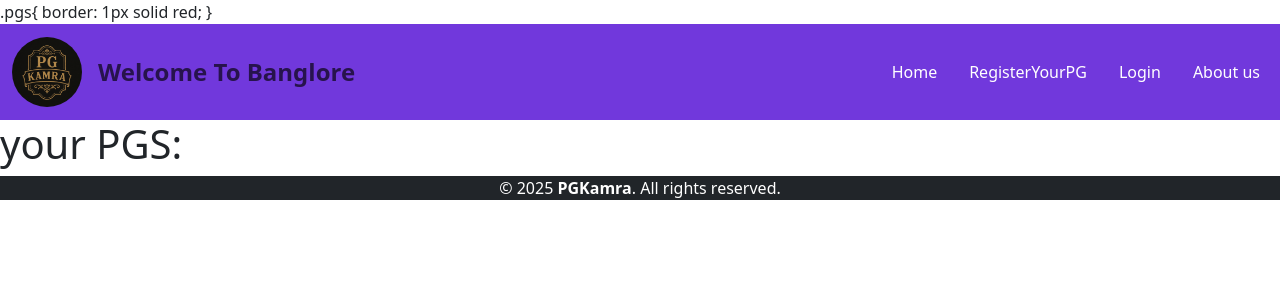
Repository: KUKATIDINESH/pgfinder
Page: mainapp/templates/pglist_for_modification.html
The author's editor kept a copy of each file at every save. The page is drawn from the files as they stood at one save, then again after a run of saves.
The browser window is 1280 px wide. The pictures show the whole page.
The page is served by the project's application, run on Django 5.2 (manage.py). Other server files are loaded and not shown. The template is opened directly, without the code that normally fills it, so the values that code supplies are empty.

Above is the page before, as saved 2025-07-08 12:05:17.

### PgFinder/mainapp/templates/pglist_for_modification.html
{% extends 'base.html' %}
{% block title %}HOME{% endblock %}

{% block extra_css %}
<style></style>

.pgs{
    border: 1px solid red;
}


{% endblock extra_css %}


{% block content %}
<h1>your PGS:</h1>
<div clss="pgs">
{% for pg in pgs %}


 <p><b>PGname</b>:{{pg.pgname}}</p>
    <p><b>PG owner name </b>:{{pg.ownername}}</p><br>

{% endfor %}
</div>
{% endblock content %}

{% block extra_js %}

 {% endblock extra_js %}

### PgFinder/mainapp/templates/base.html
{% load static %}
<!DOCTYPE html>
<html lang="en">
<head>
  <meta charset="UTF-8">
  <meta name="viewport" content="width=device-width, initial-scale=1.0">
  <title>{% block title %}PGFR{% endblock %}</title>
       <link href="https://cdn.jsdelivr.net/npm/bootstrap@5.3.3/dist/css/bootstrap.min.css" rel="stylesheet">
  {% block extra_css %}
  <style>
    body{
      height: 50vh;
    }
  </style>
  {% endblock extra_css %}
</head>
<body>


  {% include 'nav.html' %}


  {% block content %}


  {% endblock content %}
<footer class="bg-dark text-white" style="background-color: rgb(113, 56, 220);  ">
  <div class="container text-center">
    <p class="mb-0">&copy; 2025 <strong>PGKamra</strong>. All rights reserved.</p>
  </div>
</footer>
    <script src="https://cdn.jsdelivr.net/npm/bootstrap@5.3.3/dist/js/bootstrap.bundle.min.js"></script>
 {% block extra_js %}

 {% endblock extra_js %}
</body>
</html>

### PgFinder/mainapp/templates/nav.html
 {% load static %}
 <nav class="navbar navbar-expand-lg navbar-light  position-relative" style="background-color: rgb(113, 56, 220);">
        <div class="container-fluid">
            <!-- Left: Logo -->
            <a class="navbar-brand" href="#">
                <img src="{% static 'images/logo.jpg' %}" alt="Logo" height="70" width="70" style="border-radius: 50%;">
            </a>

            <!-- Center: Website Name -->
            <div class="navbar-center d-none d-lg-block">
                <span class="navbar-text fw-bold fs-4">Welcome To Banglore</span>
            </div>

            <!-- Right: Navigation links -->
            <div class="ms-auto">
                <ul class="navbar-nav d-flex flex-row gap-3">
                    <li class="nav-item">
                            <a class="nav-link text-white" href="{% url 'home' %}">Home</a>
                        </li>
                    <li class="nav-item">
                        <a class="nav-link text-white" href="{% url 'pgregister' %}">RegisterYourPG</a>
                    </li>
                    {% if user.is_authenticated %}
                        <li class="nav-item">
                            <a class="nav-link text-white" href="{% url 'logout' %}">Logout</a>
                        </li>
                    {% else %}
                        <li class="nav-item">
                            <a class="nav-link text-white" href="{% url 'login' %}">Login</a>
                        </li>
                    {% endif %}
                    <li class="nav-item">
                            <a class="nav-link text-white" href="{% url 'aboutus' %}">About  us</a>
                    </li>

                </ul>
            </div>
        </div>
    </nav>

### PgFinder/PgFinder/urls.py
"""
URL configuration for PgFinder project.

The `urlpatterns` list routes URLs to views. For more information please see:
    https://docs.djangoproject.com/en/5.1/topics/http/urls/
Examples:
Function views
    1. Add an import:  from my_app import views
    2. Add a URL to urlpatterns:  path('', views.home, name='home')
Class-based views
    1. Add an import:  from other_app.views import Home
    2. Add a URL to urlpatterns:  path('', Home.as_view(), name='home')
Including another URLconf
    1. Import the include() function: from django.urls import include, path
    2. Add a URL to urlpatterns:  path('blog/', include('blog.urls'))
"""
from django.conf import settings
from django.conf.urls.static import static

from django.contrib import admin
from django.urls import path,include

urlpatterns = [
    path('admin/', admin.site.urls),
    path('',include('authentication.urls')),
    path('main/',include('mainapp.urls'))
]

if settings.DEBUG:
    urlpatterns += static(settings.MEDIA_URL, document_root=settings.MEDIA_ROOT)

### PgFinder/authentication/urls.py
from django.urls import path
from . import views
urlpatterns=[
    path('login',views.user_login,name='login'),
    path('signin',views.signin,name='signin'),
    path('logout',views.user_logout,name='logout'),
#     path('',views.home,name='home')
    ]

### PgFinder/mainapp/urls.py
from django.urls import path
from . import views
urlpatterns=[
    path('home',views.home,name='home'),
    path('display_all_pg_details/<str:area>/<str:rent>/',views.display_all_pg_details,name='display_all_pg_details'),
    path('aboutus',views.about_us,name='aboutus'),
    path('pgregister',views.PGregister,name='pgregister'),
    path('pgdetails/<int:pk>',views.pg_details,name='pgdetails'),
    path('modifypg',views.pg_modify,name='modifypg'),
    path('pglist_for_modification',views.pglist_for_modify,name='pglist_for_modification'),

]

After the next 2 saves:
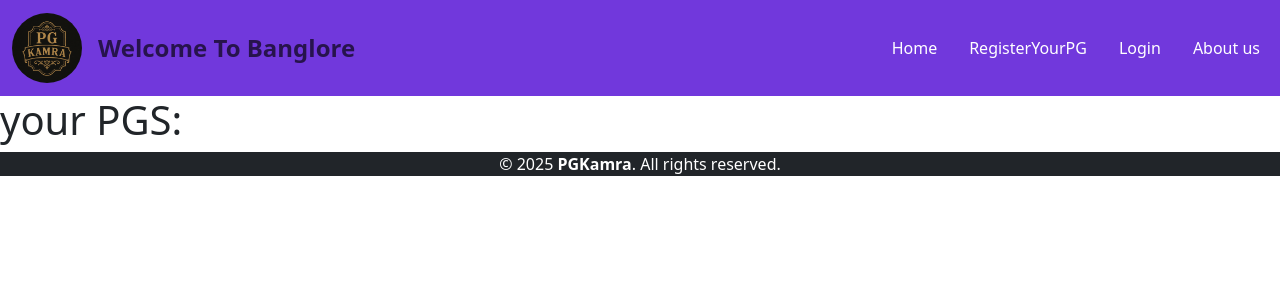
The 2 saves are shown as one change because they came seconds apart.
The last was saved 6 s later.
--- a/PgFinder/mainapp/templates/pglist_for_modification.html
+++ b/PgFinder/mainapp/templates/pglist_for_modification.html
@@ -2,12 +2,12 @@
 {% block title %}HOME{% endblock %}
 
 {% block extra_css %}
-<style></style>
+<style>
 
 .pgs{
     border: 1px solid red;
 }
-
+</style>
 
 {% endblock extra_css %}
 
